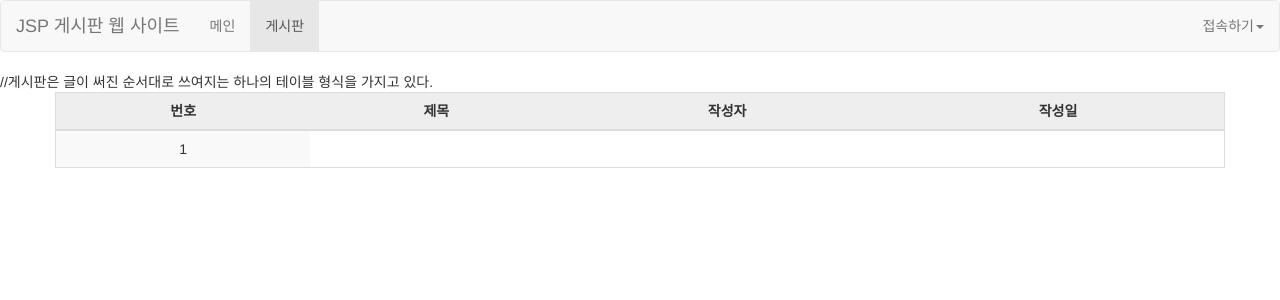
Repository: hanseu9839/BbsJSP
Page: http://localhost/BBS/bbs.jsp
These files come from the project's save history. The page is drawn as it stood at one moment and after the next save; the edit follows.
The browser window is 1280 px wide. The pictures show the whole page.
The page is served by Tomcat 9. Other server files are loaded and not shown.

Above is the page before, as saved 2021-05-02 23:42:35.

### BBS/src/main/webapp/bbs.jsp
<%@ page language="java" contentType="text/html; charset=UTF-8"
    pageEncoding="UTF-8"%>
    <%@ page import ="java.io.PrintWriter"%>
    <!-- UTF-8은 요즘 가장 많이 쓰이는 대표적인 형식 (한글,영어) 둘다 지원됨 -->
<!DOCTYPE html>
<html>
<head>
<meta http-equiv="Content-Type" content="text/html; charset=UTF-8">
<meta name="viewport" content="width-device-width", initial-scale="1">
<link rel="stylesheet" href="css/bootstrap.min.css">
<title>JSP 게시판 웹사이트 </title>
</head>
<body>
	<%
		String userID = null;
		if(session.getAttribute("userID") != null){
			userID = (String) session.getAttribute("userID");
		}
	%>
   <nav class="navbar navbar-default">
      <div class="navbar-header">
         <button type="button" class="navbar-toggle collapsed"
         data-toggle="collapse" data-target= "#bs-example-navbar-collapse-1"
         aria-expanded="false">
         <span class="icon-bar"></span>
         <span class="icon-bar"></span>
         <span class="icon-bar"></span>
         </button>
         <a class="navbar-brand" href="main.jsp">JSP 게시판 웹 사이트</a>
      </div>
      <div class="collapse navbar-collapse" id="bs-example-navbar-collapse-1">
         <ul class="nav navbar-nav">
            <li ><a href ="main.jsp">메인</a></li>
            <li class="active"><a href ="bbs.jsp">게시판</a></li>
         </ul>
         <%
         	if(userID == null) {
         %>
         <ul class="nav navbar-nav navbar-right">
            <li class="dropdown">
               <a href="#" class="dropdown-toogle"
                  data-toggle="dropdown" role="button" aria-haspopup="true"
                  aria-expanded="false">접속하기<span class="caret"></span></a>
                  <ul class="dropdown-menu">
                     <li><a href="login.jsp">로그인</a></li>
                     <li><a href="join.jsp">회원가입</a></li>
                  </ul>
            </li>
         </ul>
         <%
         	} else {
         		%>
         		<ul class="nav navbar-nav navbar-right">
            <li class="dropdown">
               <a href="#" class="dropdown-toogle"
                  data-toggle="dropdown" role="button" aria-haspopup="true"
                  aria-expanded="false">회원관리<span class="caret"></span></a>
                  <ul class="dropdown-menu">
                     <li><a href="login.jsp">로그인아웃</a></li>
                  </ul>
            </li>
         </ul>
         <%
         	}
         %>
      </div>
   </nav>
   //게시판은 글이 써진 순서대로 쓰여지는 하나의 테이블 형식을 가지고 있다.
   <div class = "container">
   		<div class="row">
   			<table class = "table table-striped" style =" text-align: center; border: 1px solid #dddddd">
   				<thead>
   					<tr>
   						<th style="background-color: #eeeeee; text-align: center;">번호</th>
   						<th style="background-color: #eeeeee; text-align: center;">제목</th>
   						<th style="background-color: #eeeeee; text-align: center;">작성자</th>
   						<th style="background-color: #eeeeee; text-align: center;">작성일</th>
   					</tr>
   					<tbody>
   						<tr>
   							<td>1</td>
   						</tr>
   					</tbody>
   				</thead>

   			</table>
   		</div>

   </div>

   <script src="https://ajax.googleapis.com/ajax/libs/jquery/1.12.4/jquery.min.js"></script>
<script src="js/bootstrap.min.js"></script>
</body>
</html>

Loaded but not shown: BBS/src/main/webapp/css/bootstrap.min.css (library); BBS/src/main/webapp/js/bootstrap.min.js (library)

After the next save:
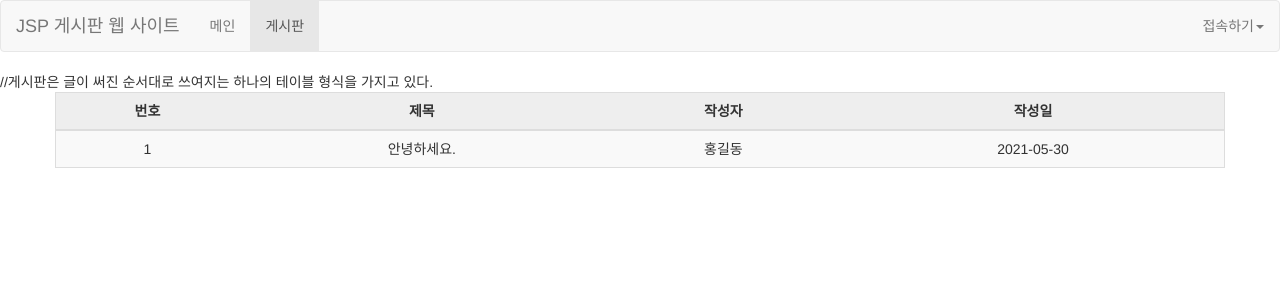
Saved 43 s later.
--- a/BBS/src/main/webapp/bbs.jsp
+++ b/BBS/src/main/webapp/bbs.jsp
@@ -79,6 +79,9 @@
    					<tbody>
    						<tr>
    							<td>1</td>
+   							<td>안녕하세요.</td>
+   							<td>홍길동</td>
+   							<td>2021-05-30</td>
    						</tr>
    					</tbody>
    				</thead>
